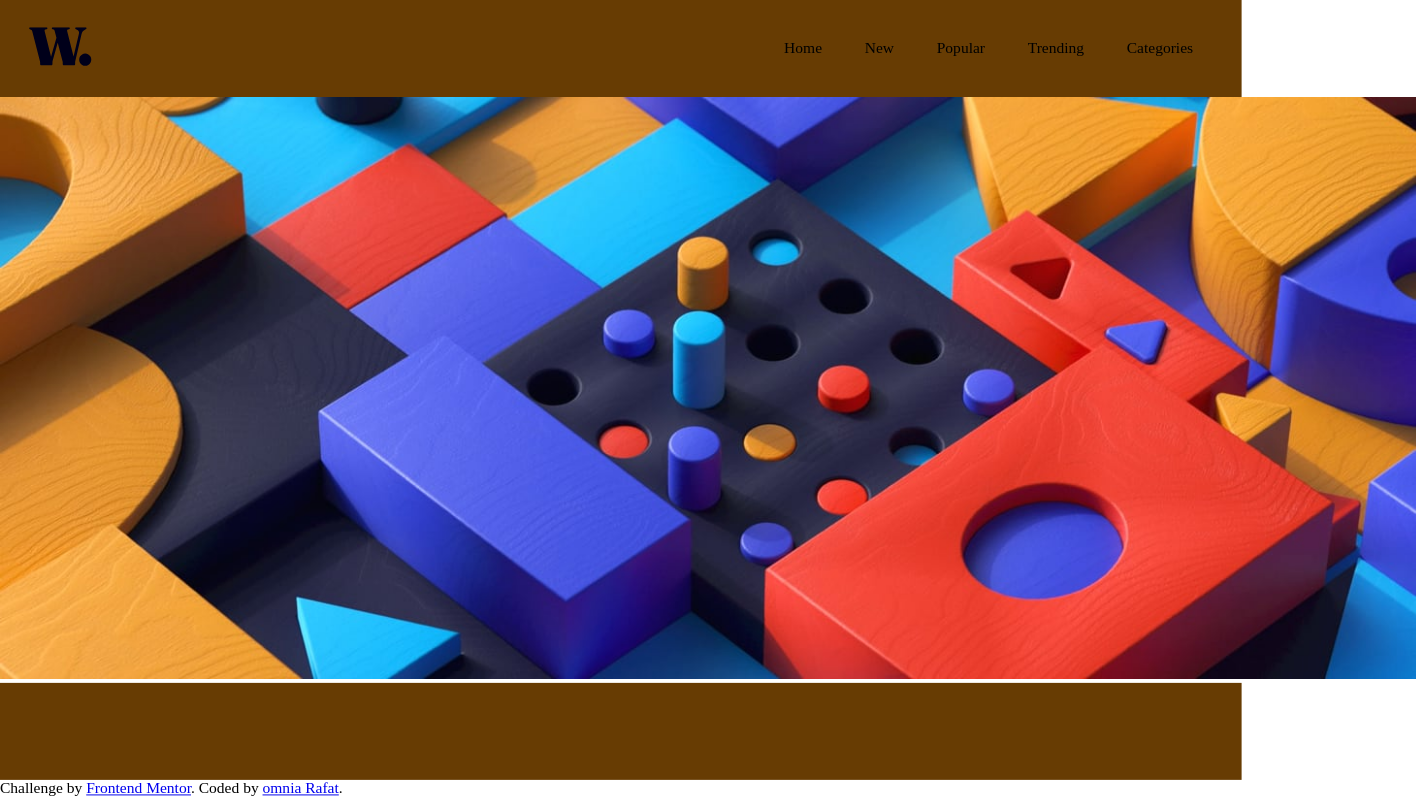
Repository: OmniaRafat232111121/HomePage
Page: index.html
The author's editor kept a copy of each file at every save. The page is drawn from the files as they stood at one save, then again after a run of saves.
The browser window is 1280 px wide. The page is 1460 px wide, so the pictures cover 1460 px, including what lies to the right of the window. The pictures show the whole page, at 97% of full size.

Above is the page before, as saved 2022-12-17 15:20:31.

After the next 3 saves:
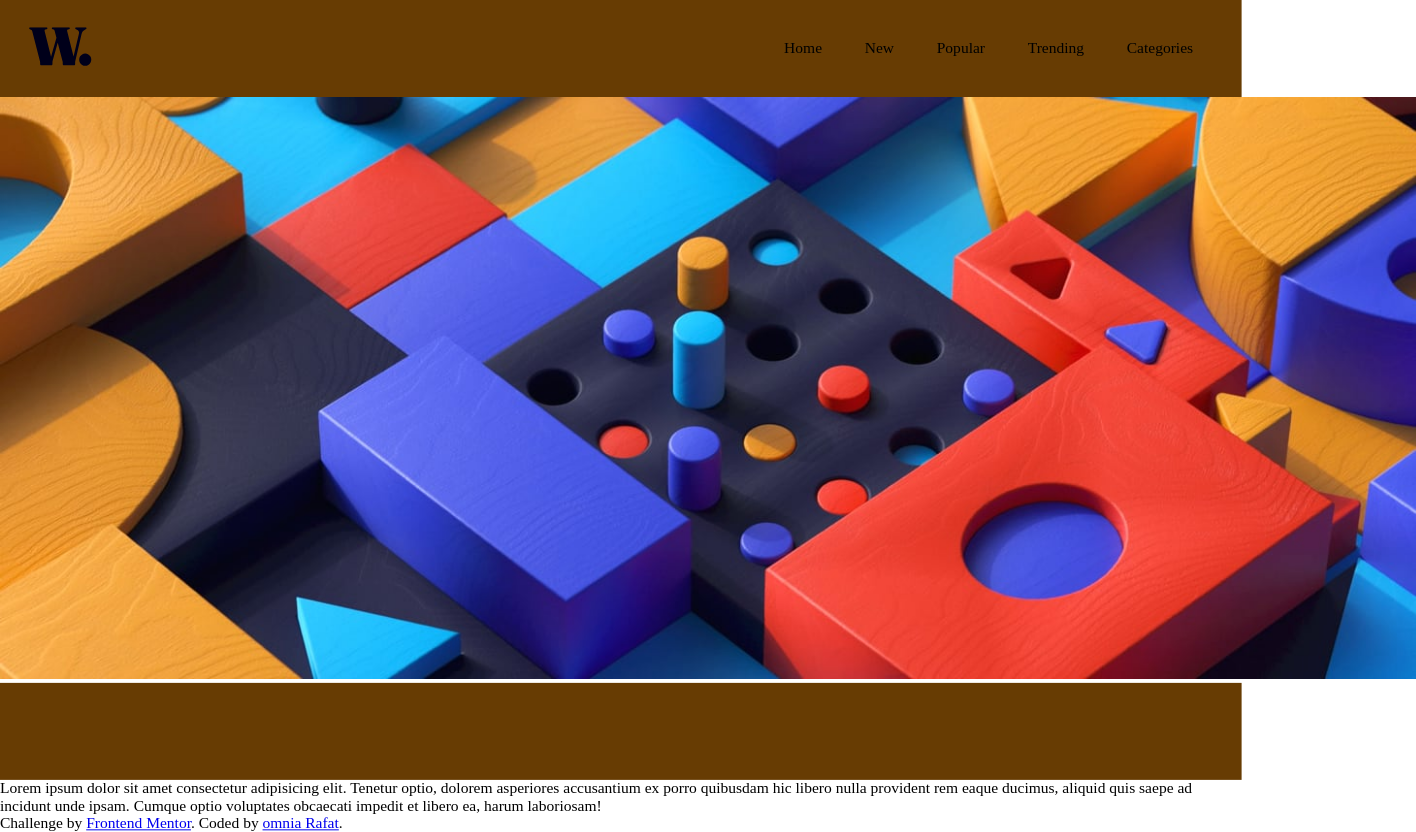
The 3 saves are shown as one change because they came seconds apart.
The last was saved 11 s later.
--- a/index.html
+++ b/index.html
@@ -40,6 +40,7 @@
 
               </div>
               <div class="reading">
+                <p>Lorem ipsum dolor sit amet consectetur adipisicing elit. Tenetur optio, dolorem asperiores accusantium ex porro quibusdam hic libero nulla provident rem eaque ducimus, aliquid quis saepe ad incidunt unde ipsam. Cumque optio voluptates obcaecati impedit et libero ea, harum laboriosam!</p>
 
               </div>
 
